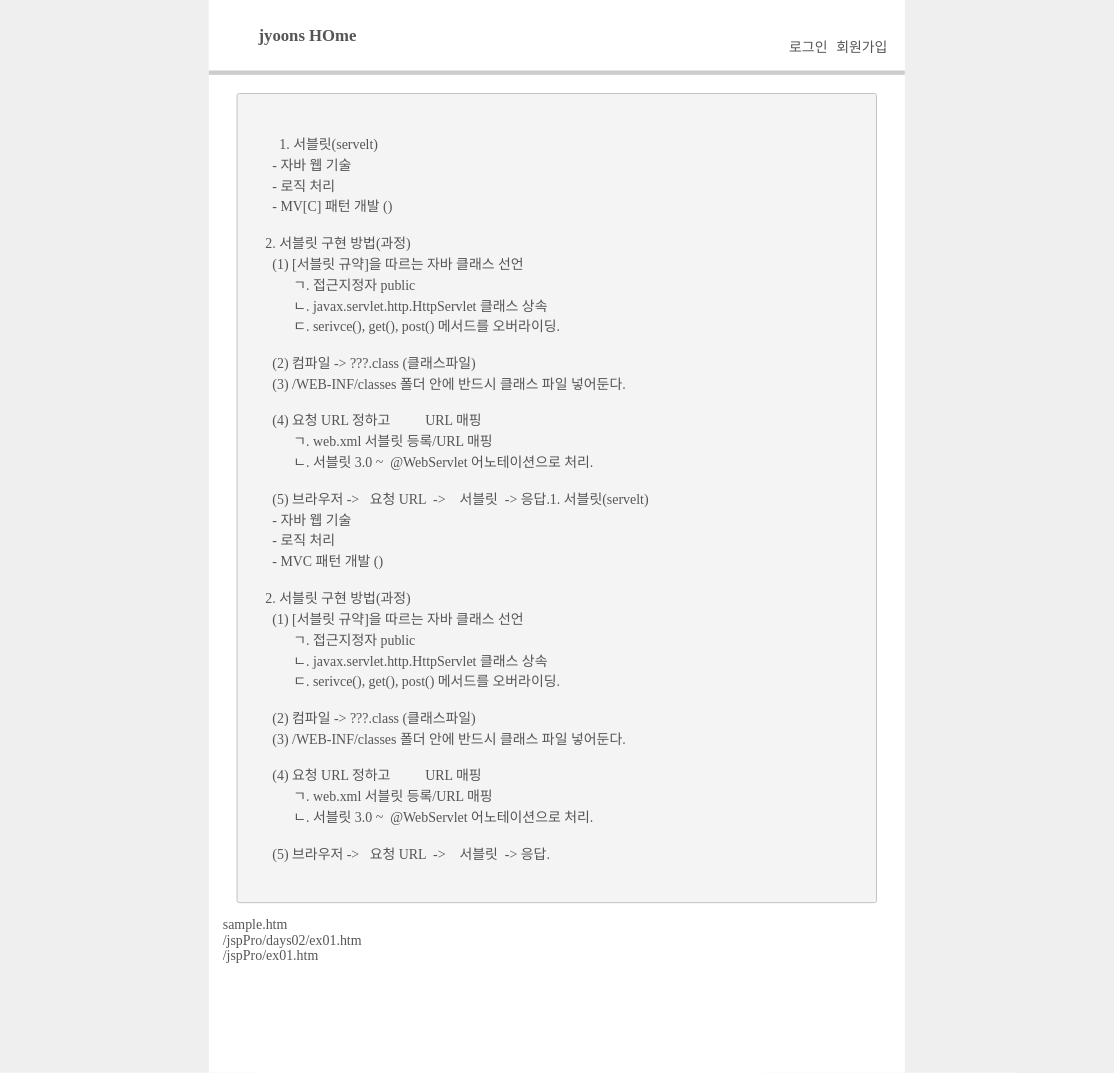
Repository: jyoons00/JSP-sample
Page: http://localhost/jspPro/days02/ex03.jsp
An editor plug-in stored every save of this project. The page is shown before and after the next save, followed by the edit.
The browser window is 1280 px wide. The pictures show the whole page, at 87% of full size.
Some web fonts or font styles are not loaded; a fallback is used. The page is served by Tomcat 9.

Above is the page before, as saved 2024-10-16 07:17:37.

After the next save:
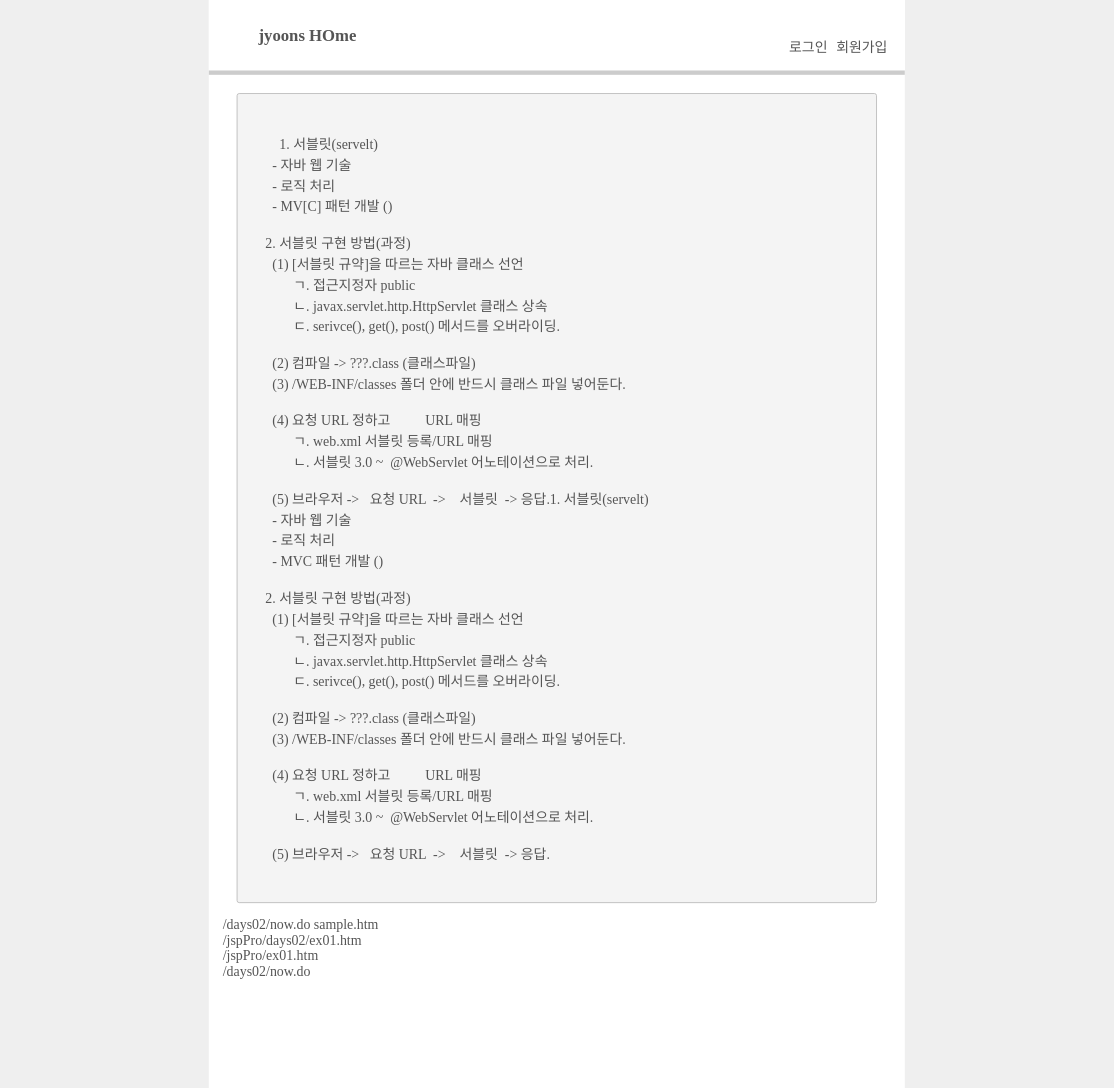
Saved 4 min 30 s later.
--- a/jspPro/src/main/webapp/days02/ex03.jsp
+++ b/jspPro/src/main/webapp/days02/ex03.jsp
@@ -74,10 +74,11 @@
       (5) 브라우저 ->   요청 URL  ->    서블릿  -> 응답.
 
   	  </xmp>
-
+  	  /days02/now.do
   	  <a href="sample.htm">sample.htm</a><br>
   	  <a href="/jspPro/days02/ex01.htm">/jspPro/days02/ex01.htm</a><br>
   	  <a href="/jspPro/ex01.htm">/jspPro/ex01.htm</a><br>
+  	  <a href="/days02/now.do">/days02/now.do</a><br>
 
     </div>
 
